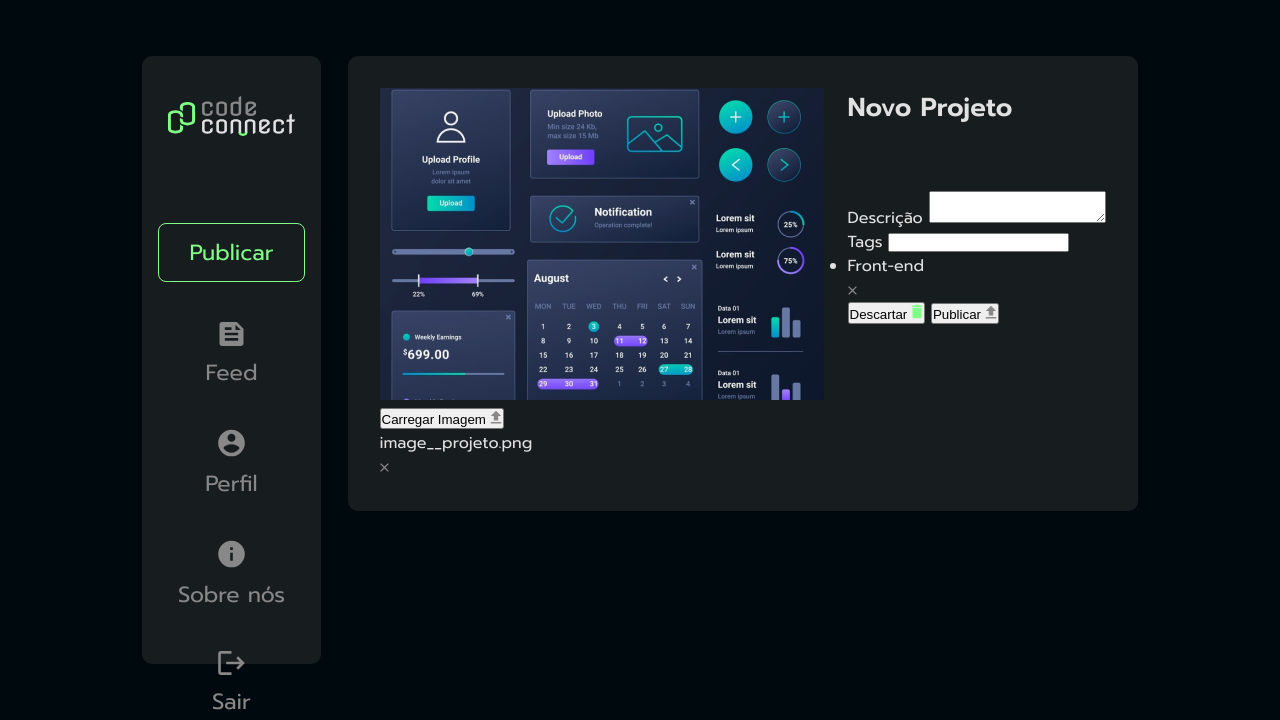
Repository: joaoPraiaJunior/async_await
Page: index.html
An editor plug-in stored every save of this project. The page is shown before and after the next save, followed by the edit.
The browser window is 1280 px wide. The pictures show the whole page.

Above is the page before, as saved 2024-08-24 19:17:18.

### index.html
<!DOCTYPE html>
<html lang="pt-BR" dir="ltr">

<head>
    <meta charset="UTF-8">
    <meta name="viewport" content="width=device-width, initial-scale=1.0">
    <meta name="description" content="Projeto Async Await">
    <link rel="preconnect" href="https://fonts.googleapis.com">
    <link rel="preconnect" href="https://fonts.gstatic.com" crossorigin>
    <link href="https://fonts.googleapis.com/css2?family=Prompt:ital,wght@0,100;0,200;0,300;0,400;0,500;0,600;0,700;0,800;0,900;1,100;1,200;1,300;1,400;1,500;1,600;1,700;1,800;1,900&display=swap" rel="stylesheet">
    <link rel="stylesheet" href="./css/styles.css">
    <title>CodeConnect</title>
</head>

<body>

    <aside class="l-lateral">
        <figure><img src="./img/Logo.svg" alt="Logo do codeconnect"></figure>
        <nav class="c-menu">
            <ul class="c-menu__lista">
                <li class="c-menu__item"><a href="#" class="c-menu__link">Publicar</a></li>
                <li class="c-menu__item"><a href="#" class="c-menu__link"><img src="./img/feed.svg" aria-hidden="true" alt>Feed</a></li>
                <li class="c-menu__item"><a href="#" class="c-menu__link"><img src="./img/account_circle.svg" aria-hidden="true" alt>Perfil</a></li>
                <li class="c-menu__item"><a href="#" class="c-menu__link"><img src="./img/info.svg" aria-hidden="true" alt>Sobre nós</a></li>
                <li class="c-menu__item"><a href="#" class="c-menu__link"><img src="./img/logout.svg" aria-hidden="true" alt>Sair</a></li>
            </ul>
        </nav>
    </aside>

    <main class="l-principal">
        <div class="c-upload-imagem">
            <div class="c-upload-imagem__container">
                <figure class="c-upload-imagem__publicacao">
                    <img src="./img/imagem1.png" alt>
                </figure>
            </div>
            <button class="c-upload-imagem__botao" aria-label="carregar imagem">Carregar Imagem <img src="./img/upload.svg" aria-hidden="true" alt></button>
            <div class="c-upload-imagem__descricao">
                <p>image__projeto.png</p>
                <img src="./img/close.svg" aria-hidden="true" alt>
            </div>
        </div>

        <div class="c-formulario">
            <h2 class="c-formulario__titulo">Novo Projeto</h2>
            <form class="c-formulario__acoes">
                <div class="c-formulario__grupo">
                    <label for="Descricao">Descrição</label>
                    <textarea name="descricao" id="descricao">
                    </textarea>
                </div>

                <div class="c-formulario__grupo">
                    <label for="Tags">Tags</label>
                    <input type="text" name="tags" id="tags">
                </div>

                <ul class="c-formulario__lista-tags">
                    <li>
                        <p>Front-end</p>
                        <img src="./img/close.svg" alt>
                    </li>
                </ul>

                <div class="c-formulario__grupo">
                    <button class="c-formulario__botao">Descartar <img src="./img/trash.svg" aria-hidden="true" alt></button>
                    <button class="c-formulario__botao">Publicar <img src="./img/upload.svg" aria-hidden="true" alt></button>
                </div>
            </form>
        </div>
    </main>

    <script src="./js/scripts.js"></script>
</body>

</html>

### css/styles.css
:root {
  /* Cores */
  --background-color: #00090e;
  --cor-do-texto: #e1e1e1;
  --cor-primaria: #81fe88;
  --cor-secundaria: #888888;
  --cor-da-tag: #171d1f;
  --componentes-do-background: #171d1f;

  /* Fontes */
  --fonte-padrao: "Prompt", sans-serif;
}

* {
  margin: 0;
  padding: 0;
  box-sizing: border-box;
}

html {
  font-size: 62.5%;
}

body {
  display: flex;
  justify-content: center;
  align-items: start;
  gap: 2.7rem;
  font-family: var(--fonte-padrao);
  font-size: 1.6rem;
  background-color: var(--background-color);
  color: var(--cor-do-texto);
  padding: 5.6rem 0;
  height: 100vh;
}

.l-lateral {
  text-align: center;
  background-color: var(--componentes-do-background);
  border-radius: 1.0rem;
  padding: 4.0rem 1.6rem;
  height: 100%;
}

.c-menu__lista {
    display: flex;
    flex-direction: column;
    align-items: center;
    gap: 4.0rem;
    margin-top: 8.0rem;
    list-style-type: none;
}

.c-menu__link {
    display: flex;
    flex-direction: column;
    align-items: center;
    gap: 1.0rem;
    font-size: 2.2rem;
    text-decoration: none;
    color: var(--cor-secundaria);
}

.c-menu__lista li:first-of-type a {
    color: var(--cor-primaria);
    border: .1rem solid var(--cor-primaria);
    border-radius: .8rem;
    padding: 1.2rem 3.0rem;
}


.l-principal {
    display: flex;
    gap: 2.4rem;
    background-color: var(--componentes-do-background);
    border-radius: 1.0rem;
    padding: 3.2rem;
}

.c-formulario {
    display: flex;
    flex-direction: column;
    gap: 2.4rem;
}

.c-formulario__titulo {
    font-size: 2.6rem;
    font-weight: 600;
    margin-bottom: 4.0rem;
}

.c-formuario__acoes {
    display: flex;
    flex-direction: column;
    gap: 2.4rem;
}

Loaded but not shown: js/scripts.js (no copy from this time; the picture is the same without it)

After the next save:
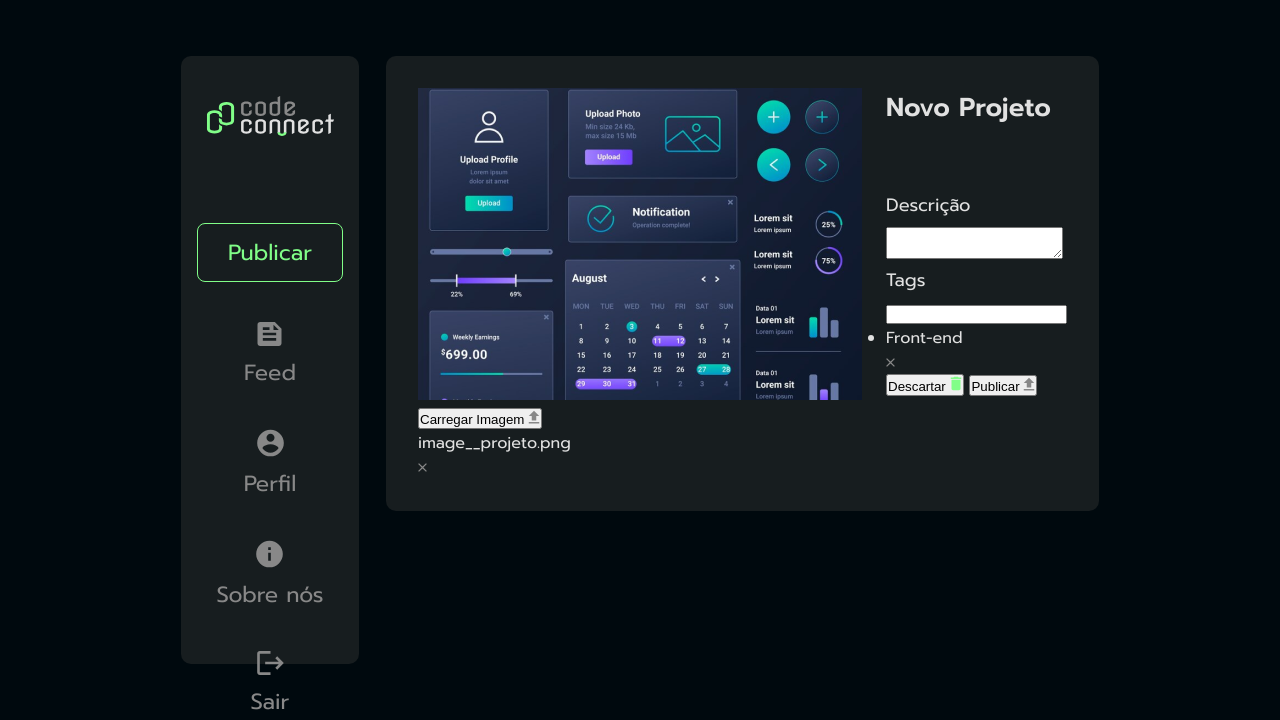
Saved 6 min 36 s later.
--- a/css/styles.css
+++ b/css/styles.css
@@ -94,3 +94,10 @@ body {
     flex-direction: column;
     gap: 2.4rem;
 }
+
+.c-formulario__grupo label {
+    display: block;
+    font-size: 1.8rem;
+    font-weight: 400;
+    margin-bottom: .8rem;
+}
